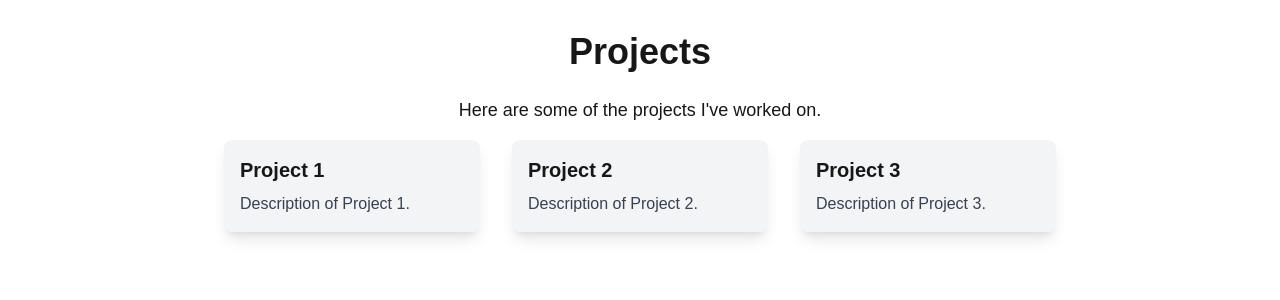
Repository: Coralee-Long/daily-bytes
Page: /nuggets
An editor plug-in stored every save of this project. The page is shown before and after a run of saves, followed by the edit.
The browser window is 1280 px wide. The pictures show the whole page.
The project was rebuilt for these pictures with package versions that can differ from the ones it lists, and the page was loaded fresh each time. The framework's server and built-in components were replaced by stand-ins that run in the browser. Also part of the build but not shown: next.config.mjs.

Above is the page before, as saved 2024-09-11 20:57:14.

### app/nuggets/page.tsx
// app/projects/page.tsx
import React from 'react';

const Projects: React.FC = () => {
  return (
    <div className="p-8 max-w-4xl mx-auto">
      <h1 className="text-4xl font-bold mb-6 text-center">Projects</h1>
      <p className="text-lg mb-4 text-center">
        Here are some of the projects I've worked on.
      </p>

      {/* Example of a grid layout for projects */}
      <div className="grid grid-cols-1 md:grid-cols-2 lg:grid-cols-3 gap-8">
        <div className="p-4 bg-gray-100 dark:bg-gray-800 rounded-lg shadow-lg">
          <h2 className="text-xl font-semibold mb-2">Project 1</h2>
          <p className="text-gray-700 dark:text-gray-300">Description of Project 1.</p>
        </div>
        <div className="p-4 bg-gray-100 dark:bg-gray-800 rounded-lg shadow-lg">
          <h2 className="text-xl font-semibold mb-2">Project 2</h2>
          <p className="text-gray-700 dark:text-gray-300">Description of Project 2.</p>
        </div>
        <div className="p-4 bg-gray-100 dark:bg-gray-800 rounded-lg shadow-lg">
          <h2 className="text-xl font-semibold mb-2">Project 3</h2>
          <p className="text-gray-700 dark:text-gray-300">Description of Project 3.</p>
        </div>
      </div>
    </div>
  );
};

export default Projects;

Loaded but not shown: app/layout.tsx (common file); app/globals.css (common file); tailwind.config.ts (common file)

After the next 3 saves:
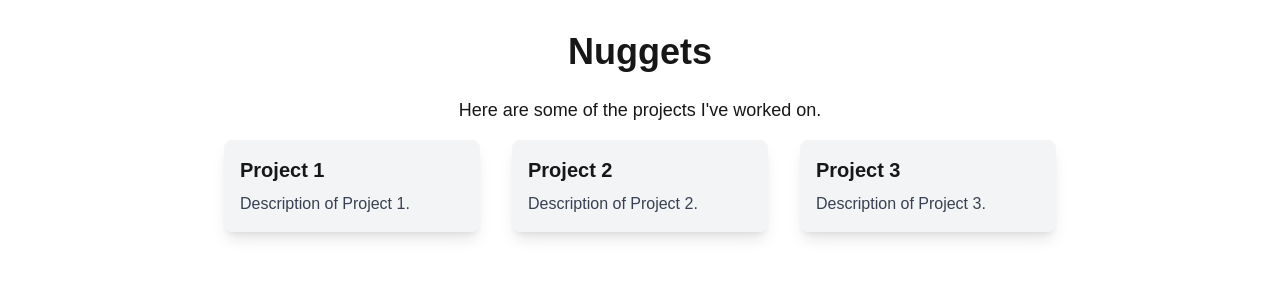
The 3 saves are shown as one change because 1 did not build or start and some came seconds apart.
The last was saved 39 s later.
--- a/app/nuggets/page.tsx
+++ b/app/nuggets/page.tsx
@@ -1,10 +1,10 @@
 // app/projects/page.tsx
 import React from 'react';
 
-const Projects: React.FC = () => {
+const Nuggets: React.FC = () => {
   return (
     <div className="p-8 max-w-4xl mx-auto">
-      <h1 className="text-4xl font-bold mb-6 text-center">Projects</h1>
+      <h1 className="text-4xl font-bold mb-6 text-center">Nuggets</h1>
       <p className="text-lg mb-4 text-center">
         Here are some of the projects I've worked on.
       </p>
@@ -13,19 +13,25 @@ const Projects: React.FC = () => {
       <div className="grid grid-cols-1 md:grid-cols-2 lg:grid-cols-3 gap-8">
         <div className="p-4 bg-gray-100 dark:bg-gray-800 rounded-lg shadow-lg">
           <h2 className="text-xl font-semibold mb-2">Project 1</h2>
-          <p className="text-gray-700 dark:text-gray-300">Description of Project 1.</p>
+          <p className="text-gray-700 dark:text-gray-300">
+            Description of Project 1.
+          </p>
         </div>
         <div className="p-4 bg-gray-100 dark:bg-gray-800 rounded-lg shadow-lg">
           <h2 className="text-xl font-semibold mb-2">Project 2</h2>
-          <p className="text-gray-700 dark:text-gray-300">Description of Project 2.</p>
+          <p className="text-gray-700 dark:text-gray-300">
+            Description of Project 2.
+          </p>
         </div>
         <div className="p-4 bg-gray-100 dark:bg-gray-800 rounded-lg shadow-lg">
           <h2 className="text-xl font-semibold mb-2">Project 3</h2>
-          <p className="text-gray-700 dark:text-gray-300">Description of Project 3.</p>
+          <p className="text-gray-700 dark:text-gray-300">
+            Description of Project 3.
+          </p>
         </div>
       </div>
     </div>
   );
 };
 
-export default Projects;
+export default Nuggets;
